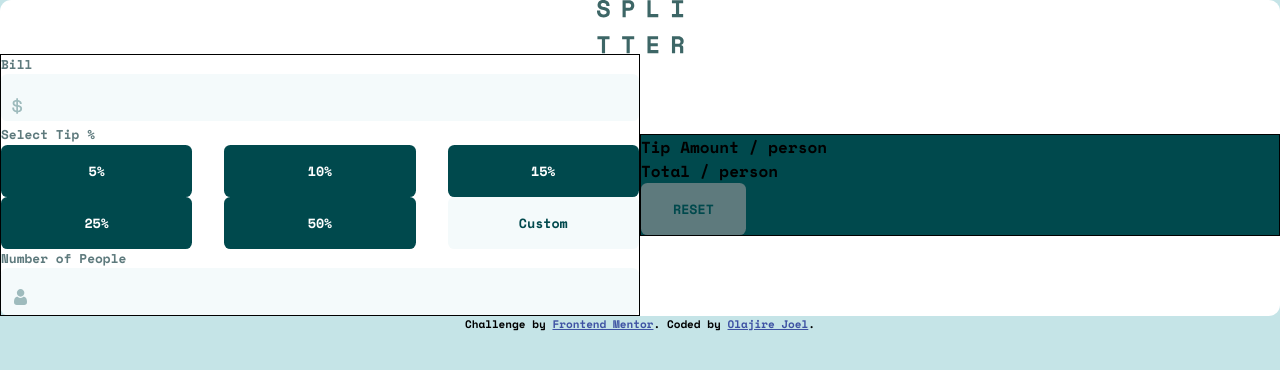
Repository: JuzzJoel/tip-calculator-app-main
Page: index.html
The author's editor kept a copy of each file at every save. The page is drawn from the files as they stood at one save, then again after the next save.
The browser window is 1280 px wide. The pictures show the whole page.

Above is the page before, as saved 2025-05-25 07:58:12.

### index.html
<!DOCTYPE html>
<html lang="en">

<head>
  <meta charset="UTF-8">
  <meta name="viewport" content="width=device-width, initial-scale=1.0">
  <!-- displays site properly based on user's device -->
  <link rel="preconnect" href="https://fonts.googleapis.com">
  <link rel="preconnect" href="https://fonts.gstatic.com" crossorigin>
  <link href="https://fonts.googleapis.com/css2?family=Space+Mono:wght@700" rel="stylesheet">
  <link rel="icon" type="image/png" sizes="32x32" href="./images/favicon-32x32.png">

  <title>Frontend Mentor | Tip calculator app</title>
  <style>
    *,
    *::before,
    *::after {
      box-sizing: border-box;
    }

    * {
      margin: 0;
      padding: 0;
      font-weight: 700;
    }

    :root {
      --Green-900: hsl(183, 100%, 15%);
      --Green-400: hsl(172, 67%, 45%);

      --Grey-500: hsl(186, 14%, 43%);
      --Grey-400: hsl(184, 14%, 56%);
      --Grey-200: hsl(185, 41%, 84%);
      --Grey-50: hsl(189, 47%, 97%);
      --White: hsl(0, 100%, 100%);

      --fw-bold:700;
      --ff:'Space Mono', monospace;
    }

    .attribution {
      font-size: 11px;
      text-align: center;
    }

    .attribution a {
      color: hsl(228, 45%, 44%);
    }

    body {
      width: 100vw;
      height: 100vh;
      font-family: 'Space Mono', monospace;
      font-weight: 700;
      background: var(--Grey-200);
    }
    body *, body > * , button {
      font-weight: 700;
    }
    .container{
      background: var(--White);
      border-radius: 0.7rem;
      display: flex;
      flex-direction: column;
    }
    .logo{
      display: flex;
      justify-content: center;
      align-items: center;
    }
    .calculator{
      display: flex;
      align-items: center;
      justify-content: center;
    }
    .calculator > *{
      min-height: 90%;
      width: 50%;
    }
    .options-container{
      border: 1px solid #000;
    }
    .tips-container{
      background: var(--Green-900);
      border: 1px solid #000;
    }
    label{
      font-size: 0.8rem;
      color: var(--Grey-500);
    }
    button{
      padding: 1rem 2rem;
      background: var(--Green-900);
      border: none;
      color: var(--White);
      border-radius: 0.4rem;
      font-weight: 400;
      font-family: var(--ff);
    }
    .custom{
background: var(--Grey-50);
color: var(--Green-900);
    }
    .reset{
background: var(--Grey-500);
color: var(--Green-900);
text-transform: uppercase;
    }
    input{
      background: var(--Grey-50); /*grey-50*/
      border: none;
    }
    .row{
      display: flex;
      flex-flow: row wrap;
      justify-content: space-between;
    }
    .row > *{
width: 30%;
    }
    .bill-display,.amt-of-people
    {
      display: flex;
      flex-direction: column;
    }
    .bill-display input,.amt-of-people input
    {position: relative;
      display: flex;
      padding: 1rem 2rem;
      border-radius: 0.4rem;
    }
    .bill-display input:focus,.amt-of-people input:focus
    {outline: none;
      caret-color: currentColor;
    }
    .person-icon,.dollar-icon
    {
position: absolute;
transform: translate(100%,250%);

    }
  </style>
</head>

<body>
  <div class="container">
    <div class="logo">
      <img src="/images/logo.svg" alt="">
    </div>
    <div class="calculator">
      <div class="options-container">
        <div class="options">

          <div class="bill-display">

            <label for="">Bill</label>
            <input type="text">
            <img src="/images/icon-dollar.svg" class="dollar-icon" alt="dollar icon">
          </div>
          <div class="tip-select">
            <label for=""> Select Tip %</label>

        <div class="row">
          <button>5%</button>
          <button>10%</button>
          <button>15%</button>
          <button>25%</button>
          <button>50%</button>
          <button class="custom">Custom</button>
        </div>

          </div>
       <div class="amt-of-people">
        <label for="">     Number of People</label>
        <input type="text">
        <img src="/images/icon-person.svg" class="person-icon" alt="dollar icon">
       </div>

        </div>
      </div>
      <div class="tips-container">
        <div class="tips-display">
          <div class="tip-display-amount">

            Tip Amount
            / person
          </div>

          <div class="tip-display-total">
            Total
            / person
          </div>

          <button class="reset">
            Reset
          </button>

        </div>
      </div>
    </div>
  </div>



  <div class="attribution">
    Challenge by <a href="https://www.frontendmentor.io?ref=challenge" target="_blank">Frontend Mentor</a>.
    Coded by <a href="#">Olajire Joel</a>.
  </div>
</body>

</html>

After the next save:
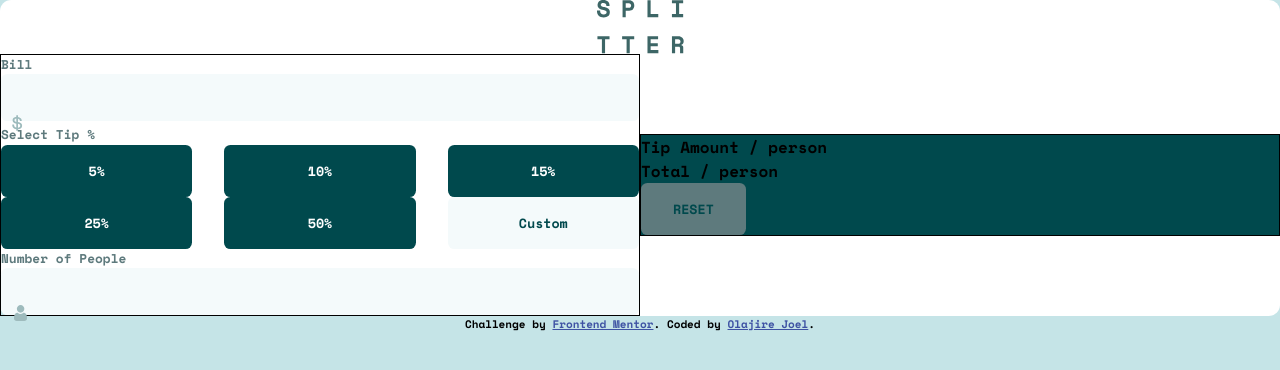
Saved 9 s later.
--- a/index.html
+++ b/index.html
@@ -136,7 +136,7 @@
     .person-icon,.dollar-icon
     {
 position: absolute;
-transform: translate(100%,250%);
+transform: translate(100%,350%);
 
     }
   </style>

After the save that followed:
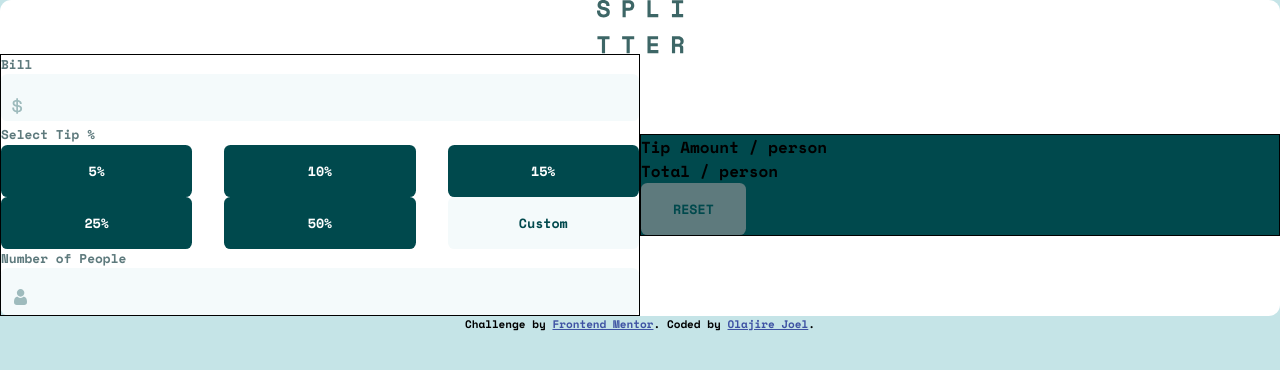
Saved 6 s later.
--- a/index.html
+++ b/index.html
@@ -136,7 +136,7 @@
     .person-icon,.dollar-icon
     {
 position: absolute;
-transform: translate(100%,350%);
+transform: translate(100%,250%);
 
     }
   </style>
